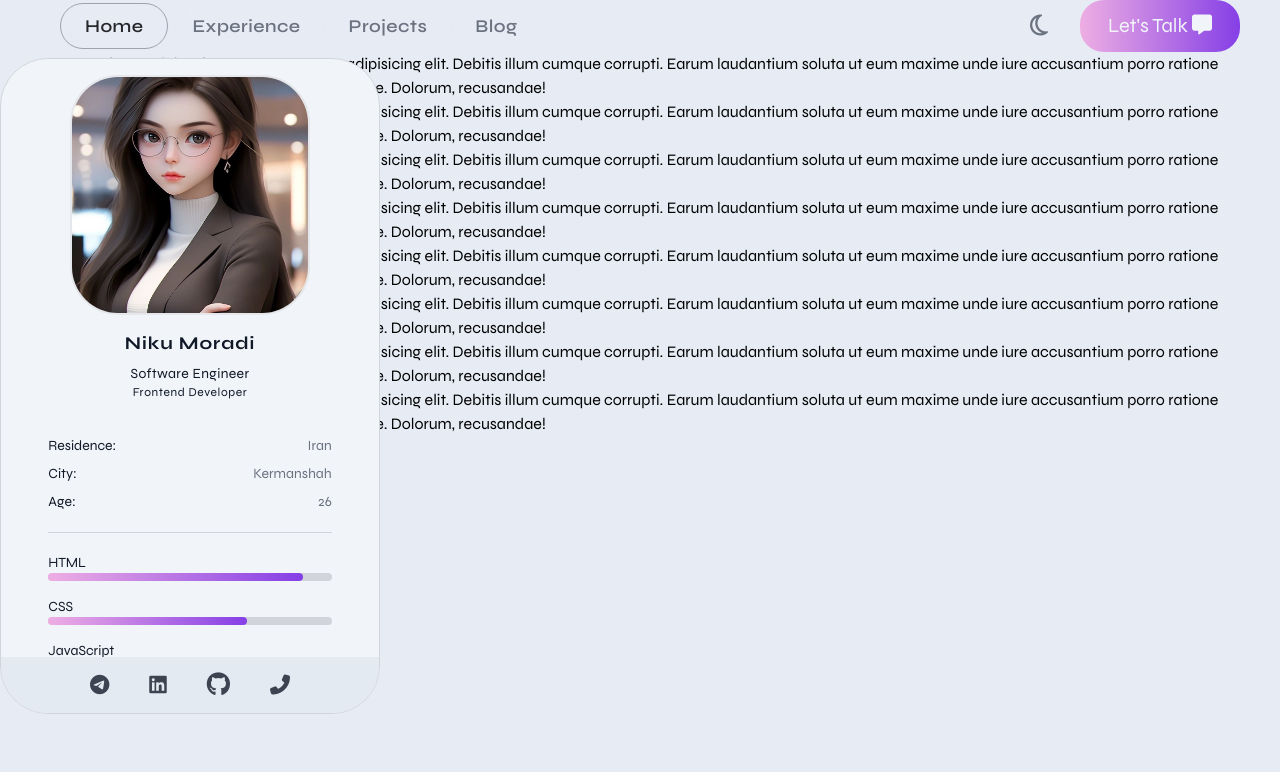
Repository: NikuMoradi/niku-moradi
Page: /
These files come from the project's save history. The page is drawn as it stood at one moment and after the next save; the edit follows.
The browser window is 1280 px wide. The pictures show the whole page.
The project was rebuilt for these pictures with package versions that can differ from the ones it lists, and the page was loaded fresh each time. The framework's server and built-in components were replaced by stand-ins that run in the browser. Also part of the build but not shown: nuxt.config.ts, components/Blog Posts/Component-Design.vue, components/Blog.vue, components/Contact.vue, components/Education.vue, components/Experience.vue, components/Hero.vue, components/Menu.vue and 4 more.

Above is the page before, as saved 2024-12-02 17:37:45.

### assets/css/main.css
@tailwind base;
@tailwind components;
@tailwind utilities;
@layer base {
  body {
    background-color: #e6ebf4;
  }
}

@layer utilities {
  .bg-primary-gradient {
    background: linear-gradient(
      90deg,
      rgba(238, 174, 227, 1) 0%,
      rgb(133, 63, 230) 100%
    );
  }

  .text-primary-gradient {
    background: linear-gradient(90deg, #eeaee3 0%, #853fe6 100%);
  }
}

### components/LeftPanel.vue
<template>
  <div
    class="text-gray-900 w-[380px] flex flex-col items-center bg-slate-100 border border-gray-300 rounded-4xl overflow-hidden"
    style="height: calc(100vh - 4rem)"
  >
    <!-- Header-->
    <div class="w-full py-4 flex flex-col items-center justify-center">
      <img
        src="../assets/img/photo_2024-11-28_10-37-05.jpg"
        alt="Profile Picture"
        class="w-60 h-60 mb-5 border-2 object-cover object-center rounded-4xl"
      />
      <h2 class="text-lg font-bold tracking-wider leading-[16.8px] mb-3">
        Niku Moradi
      </h2>
      <p class="text-sm tracking-wide">Software Engineer</p>
      <p class="text-xs tracking-wider">Frontend Developer</p>
    </div>

    <!-- middle -->
    <div class="w-3/4 flex flex-col overflow-y-auto scrollbar-hide">
      <!-- table -->
      <div class="py-5 text-sm border-b border-gray-300 mb-5">
        <ul class="space-y-2">
          <li class="flex justify-between">
            <h6>Residence:</h6>
            <span class="text-gray-500">Iran</span>
          </li>
          <li class="flex justify-between">
            <h6>City:</h6>
            <span class="text-gray-500">Kermanshah</span>
          </li>
          <li class="flex justify-between">
            <h6>Age:</h6>
            <span class="text-gray-500">26</span>
          </li>
        </ul>
      </div>
      <!-- Skill Bars -->
      <div class="space-y-4 pb-5 border-b border-gray-300 mb-5">
        <div>
          <label class="block text-sm">HTML</label>
          <div class="w-full bg-gray-300 h-2 rounded-full">
            <div class="bg-primary-gradient h-2 rounded-full w-[90%]"></div>
          </div>
        </div>
        <div>
          <label class="block text-sm">CSS</label>
          <div class="w-full bg-gray-300 h-2 rounded-full">
            <div class="bg-primary-gradient h-2 rounded-full w-[70%]"></div>
          </div>
        </div>
        <div>
          <label class="block text-sm">JavaScript</label>
          <div class="w-full bg-gray-300 h-2 rounded-full">
            <div class="bg-primary-gradient h-2 rounded-full w-[50%]"></div>
          </div>
        </div>
        <div>
          <label class="block text-sm">Vue.js</label>
          <div class="w-full bg-gray-300 h-2 rounded-full">
            <div class="bg-primary-gradient h-2 rounded-full w-[50%]"></div>
          </div>
        </div>
        <div>
          <label class="block text-sm">Nuxt.js</label>
          <div class="w-full bg-gray-300 h-2 rounded-full">
            <div class="bg-primary-gradient h-2 rounded-full w-[40%]"></div>
          </div>
        </div>
        <div>
          <label class="block text-sm">Quasar</label>
          <div class="w-full bg-gray-300 h-2 rounded-full">
            <div class="bg-primary-gradient h-2 rounded-full w-[70%]"></div>
          </div>
        </div>
        <div>
          <label class="block text-sm">Tailwind</label>
          <div class="w-full bg-gray-300 h-2 rounded-full">
            <div class="bg-primary-gradient h-2 rounded-full w-[60%]"></div>
          </div>
        </div>
      </div>
      <!-- General Skills -->
      <ul
        class="text-gray-500 text-[11px] font-light tracking-wider space-y-2 mb-5"
      >
        <li class="flex items-center">
          <i class="fas fa-check fa-xs text-fuchsia-600 mr-2"></i>
          English Level B2
        </li>
        <li class="flex items-center">
          <i class="fas fa-check fa-xs text-fuchsia-600 mr-2"></i>
          Git Knowledge
        </li>
        <li class="flex items-center">
          <i class="fas fa-check fa-xs text-fuchsia-600 mr-2"></i>
          Design Patterns
        </li>
      </ul>
    </div>

    <!-- Social Links -->
    <div
      class="w-full py-4 bg-slate-200 opacity-80 text-center mt-auto text-gray-900"
    >
      <div class="space-x-10">
        <a
          href="https://t.me/yourusername"
          target="_blank"
          class="hover:opacity-80"
        >
          <i class="fab fa-telegram fa-lg"></i>
        </a>
        <a
          href="https://linkedin.com/in/yourusername"
          target="_blank"
          class="hover:opacity-80"
        >
          <i class="fab fa-linkedin fa-lg"></i>
        </a>
        <a
          href="https://github.com/yourusername"
          target="_blank"
          class="hover:opacity-80"
        >
          <i class="fab fa-github fa-xl"></i>
        </a>
        <a href="tel:+1234567890" class="hover:opacity-80">
          <i class="fas fa-phone-alt fa-lg"></i>
        </a>
      </div>
    </div>
  </div>
</template>

### components/Navbar.vue
<template>
  <div class="flex items-center justify-between">
    <!-- Menu Buttons -->
    <div class="flex items-center">
      <!-- Home -->
      <NuxtLink
        to="/"
        class="py-2 px-6 text-lg text-gray-500 backdrop-blur-md rounded-3xl font-semibold tracking-wide hover:text-gray-700 transition duration-200"
        exact-active-class=" border border-gray-400 text-zinc-800 border-gray-300 "
      >
        <span class="hidden min-[1260px]:block">Home</span>
        <i class="block min-[1260px]:hidden fa fa-home"></i>
      </NuxtLink>

      <!-- Experience -->
      <NuxtLink
        to="/experience"
        class="py-2 px-6 text-lg text-gray-500 backdrop-blur-md rounded-3xl font-semibold tracking-wide hover:text-gray-700 transition duration-200"
        exact-active-class=" border border-gray-400 text-zinc-800 border-gray-300 "
      >
        <span class="hidden min-[1260px]:block">Experience</span>
        <i class="block min-[1260px]:hidden fa-regular fa-user"></i>
      </NuxtLink>

      <!-- Projects -->
      <NuxtLink
        to="/projects"
        class="py-2 px-6 text-lg text-gray-500 backdrop-blur-md rounded-3xl font-semibold tracking-wide hover:text-gray-700 transition duration-200"
        exact-active-class=" border border-gray-400 text-zinc-800 border-gray-300 "
      >
        <span class="hidden min-[1260px]:block">Projects</span>
        <i class="block min-[1260px]:hidden fa-regular fa-rectangle-list"></i>
      </NuxtLink>

      <!-- Blog -->
      <NuxtLink
        to="/blog"
        class="py-2 px-6 text-lg text-gray-500 backdrop-blur-md rounded-3xl font-semibold tracking-wide hover:text-gray-700 transition duration-200"
        exact-active-class="border border-gray-400 text-zinc-800 border-gray-300 "
      >
        <span class="hidden min-[1260px]:block">Blog</span>
        <i class="block min-[1260px]:hidden fa-solid fa-blog"></i>
      </NuxtLink>
    </div>

    <!-- Dark Mode and Talk Buttons -->
    <div class="flex space-x-8">
      <button class="text-gray-500">
        <i class="fa-regular fa-moon fa-xl"></i>
      </button>
      <button
        class="py-3 px-7 rounded-3xl text-xl text-slate-100 bg-primary-gradient"
      >
        Let's Talk
        <i class="fa fa-message"></i>
      </button>
    </div>
  </div>
</template>

### layouts/default.vue
<template>
  <!-- Global Container -->
  <div
    class="relative flex min-h-screen max-w-8xl px-10 overflow-hidden justify-center items-center space-x-5"
  >
    <div class="fixed left-0 flex-shrink-0">
      <!-- THis Panel is always at the left side and never move up and down  -->
      <LeftPanel />
    </div>
    <div class="ml-64 flex flex-col flex-1">
      <div class="z-20 w-full">
        <!-- This Navbar is always at the top and the main content scrolls behind it -->
        <Navbar />
      </div>
      <div class="min-h-screen overflow-y-auto max">
        <p>
          Lorem ipsum dolor sit, amet consectetur adipisicing elit. Debitis
          illum cumque corrupti. Earum laudantium soluta ut eum maxime unde iure
          accusantium porro ratione voluptatum eius, consequuntur alias
          voluptate. Dolorum, recusandae!
        </p>
        <p>
          Lorem ipsum dolor sit, amet consectetur adipisicing elit. Debitis
          illum cumque corrupti. Earum laudantium soluta ut eum maxime unde iure
          accusantium porro ratione voluptatum eius, consequuntur alias
          voluptate. Dolorum, recusandae!
        </p>
        <p>
          Lorem ipsum dolor sit, amet consectetur adipisicing elit. Debitis
          illum cumque corrupti. Earum laudantium soluta ut eum maxime unde iure
          accusantium porro ratione voluptatum eius, consequuntur alias
          voluptate. Dolorum, recusandae!
        </p>
        <p>
          Lorem ipsum dolor sit, amet consectetur adipisicing elit. Debitis
          illum cumque corrupti. Earum laudantium soluta ut eum maxime unde iure
          accusantium porro ratione voluptatum eius, consequuntur alias
          voluptate. Dolorum, recusandae!
        </p>
        <p>
          Lorem ipsum dolor sit, amet consectetur adipisicing elit. Debitis
          illum cumque corrupti. Earum laudantium soluta ut eum maxime unde iure
          accusantium porro ratione voluptatum eius, consequuntur alias
          voluptate. Dolorum, recusandae!
        </p>
        <p>
          Lorem ipsum dolor sit, amet consectetur adipisicing elit. Debitis
          illum cumque corrupti. Earum laudantium soluta ut eum maxime unde iure
          accusantium porro ratione voluptatum eius, consequuntur alias
          voluptate. Dolorum, recusandae!
        </p>
        <p>
          Lorem ipsum dolor sit, amet consectetur adipisicing elit. Debitis
          illum cumque corrupti. Earum laudantium soluta ut eum maxime unde iure
          accusantium porro ratione voluptatum eius, consequuntur alias
          voluptate. Dolorum, recusandae!
        </p>
        <p>
          Lorem ipsum dolor sit, amet consectetur adipisicing elit. Debitis
          illum cumque corrupti. Earum laudantium soluta ut eum maxime unde iure
          accusantium porro ratione voluptatum eius, consequuntur alias
          voluptate. Dolorum, recusandae!
        </p>
      </div>
    </div>
  </div>
</template>

<script>
export default {
  name: "HomePage",
};
</script>

<style scoped>
/* Optional custom styles */
</style>

### app.vue
<!-- The app.vue is just holding the layout container and serving as the root.
 The default.vue layout handles the overall structure of the page.
All content from your pages will automatically be placed inside the NuxtPage slot of the layout.-->
<template>
  <NuxtLayout />
</template>

### tailwind.config.js
/** @type {import('tailwindcss').Config} */
export default {
  content: [
    "./components/**/*.{js,vue,ts}",
    "./layouts/**/*.vue",
    "./pages/**/*.vue",
    "./plugins/**/*.{js,ts}",
    "./app.vue",
    "./error.vue",
  ],
  theme: {
    extend: {
      fontFamily: {
        sans: ["Syne", "sans-serif"],
      },
      borderRadius: {
        "4xl": "3rem", // Custom rounded size
      },
      backgroundImage: {
        "custom-gradient":
          "linear-gradient(15deg, rgb(143, 86, 204), rgb(93, 78, 196))",
      },
    },
  },
  plugins: [require("tailwind-scrollbar-hide")],
};

Loaded but not shown: plugins/aos.client.js (no copy from this time; the picture is the same without it)

After the next save:
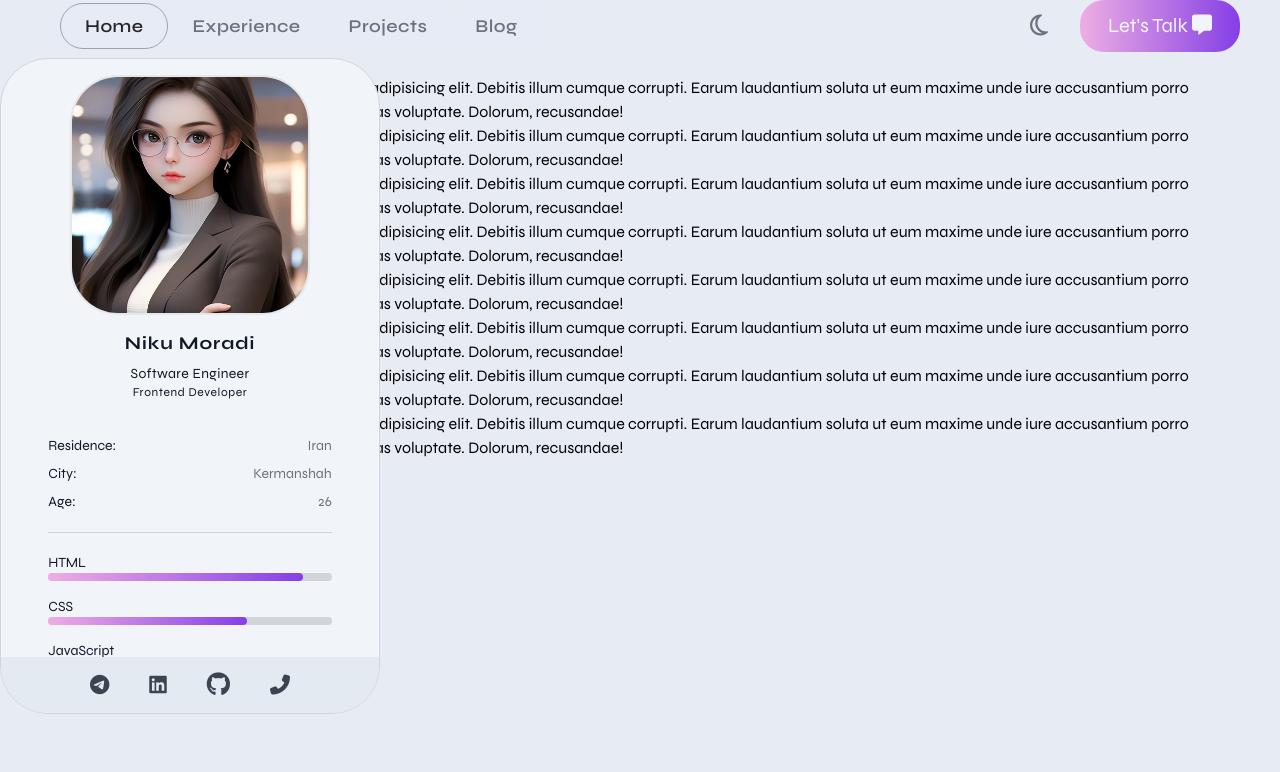
Saved 14 s later.
--- a/layouts/default.vue
+++ b/layouts/default.vue
@@ -12,7 +12,7 @@
         <!-- This Navbar is always at the top and the main content scrolls behind it -->
         <Navbar />
       </div>
-      <div class="min-h-screen overflow-y-auto max">
+      <div class="min-h-screen overflow-y-auto p-6">
         <p>
           Lorem ipsum dolor sit, amet consectetur adipisicing elit. Debitis
           illum cumque corrupti. Earum laudantium soluta ut eum maxime unde iure

After the save that followed:
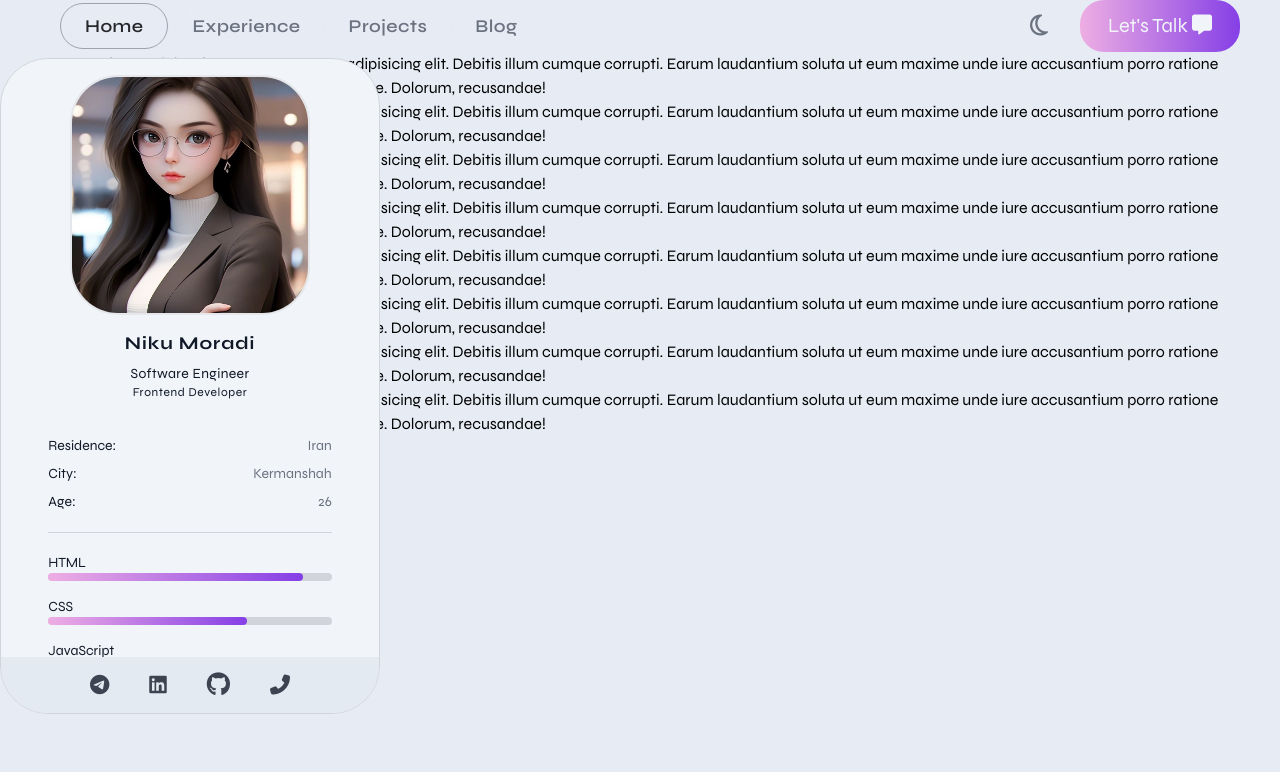
Saved 13 s later.
--- a/layouts/default.vue
+++ b/layouts/default.vue
@@ -12,7 +12,7 @@
         <!-- This Navbar is always at the top and the main content scrolls behind it -->
         <Navbar />
       </div>
-      <div class="min-h-screen overflow-y-auto p-6">
+      <div class="min-h-screen overflow-y-auto w-[200">
         <p>
           Lorem ipsum dolor sit, amet consectetur adipisicing elit. Debitis
           illum cumque corrupti. Earum laudantium soluta ut eum maxime unde iure
